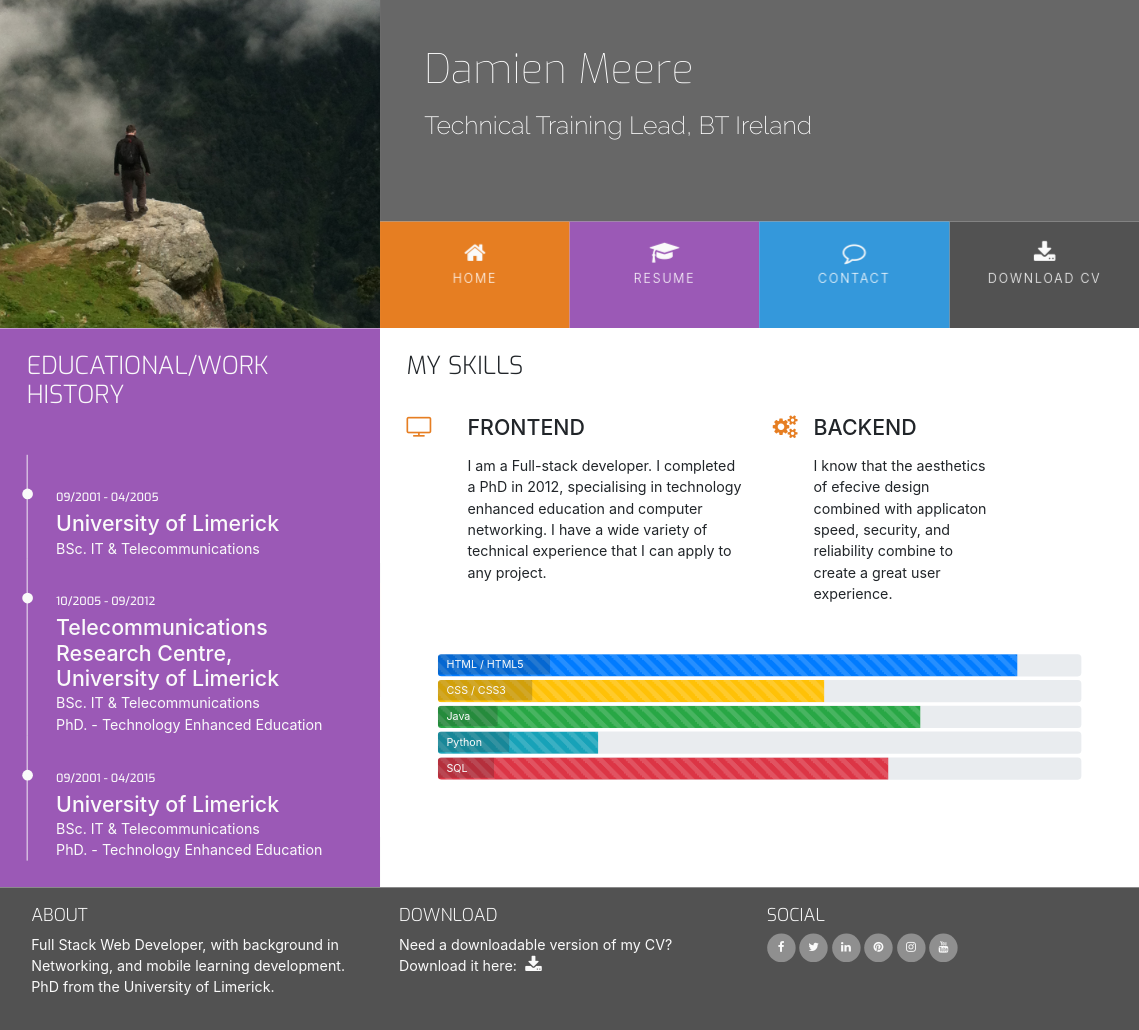
Repository: damien-meere/cv_site_project
Page: resume.html
The author's editor kept a record of every edit. The page is drawn from the files as they stood at one moment, then again after the next edit.
The browser window is 1280 px wide. The pictures show the whole page, at 89% of full size.

Above is the page before.

After the next edit:
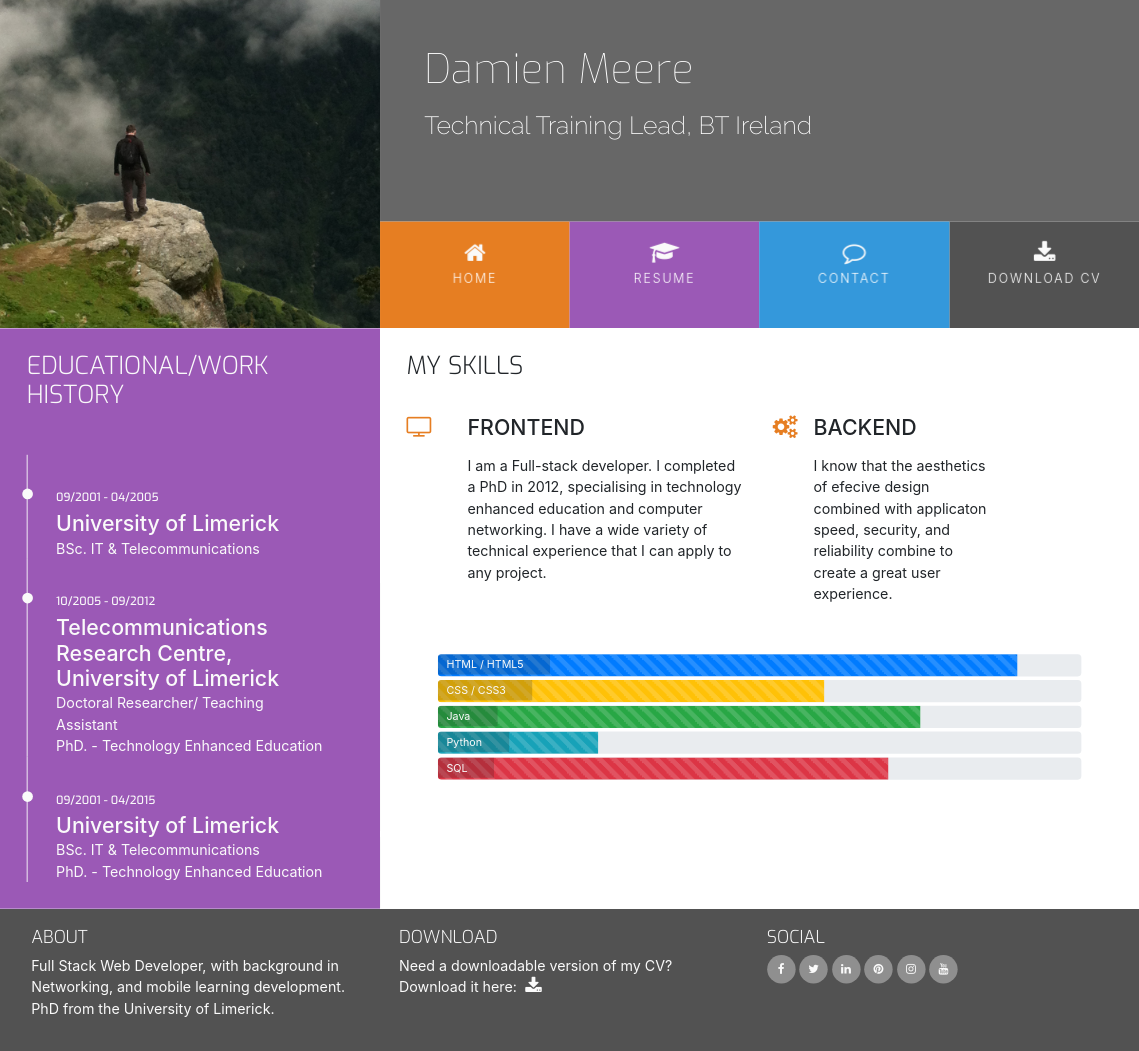
The edit:
--- a/resume.html
+++ b/resume.html
@@ -62,7 +62,7 @@
                 </div>
                 <div class="timeline-item" data-dates="10/2005 - 09/2012">
                     <h4>Telecommunications Research Centre, University of Limerick</h4>
-                    <p>BSc. IT & Telecommunications</p>
+                    <p>Doctoral Researcher/ Teaching Assistant</p>
                     <p>PhD. - Technology Enhanced Education</p>
                 </div>
                 <div class="timeline-item" data-dates="09/2001 - 04/2015">
